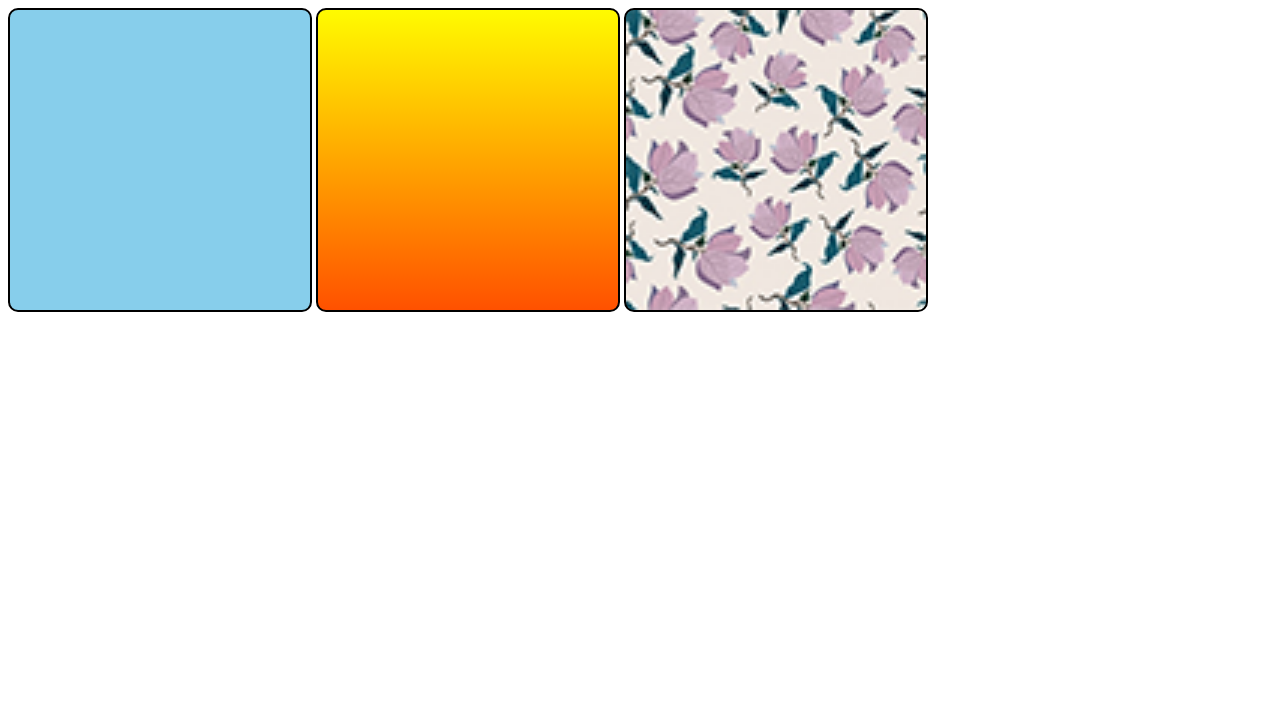
Repository: Iamjordana/html-css
Page: Html Css/Exercicios/ex22/fundo01.html
These files come from the project's save history. The page is drawn as it stood at one moment and after the next save; the edit follows.
The browser window is 1280 px wide. The pictures show the whole page.

Above is the page before, as saved 2025-04-11 13:39:03.

### Html Css/Exercicios/ex22/fundo01.html
<!DOCTYPE html>
<html lang="pt-br">
<head>
    <meta charset="UTF-8">
    <meta name="viewport" content="width=device-width, initial-scale=1.0">
    <title>Teste de Imagem de fundo</title>

    <style>
        body{
            background-image:
        }
        div.quadrado{
            border: 2px solid black;
            border-radius: 10px;
            width: 300px;
            height: 300px;
            background-color: lightgrey;
            display: inline-block;
        }

        div#q1{
            background-color: skyblue;
        }
        div#q2{
            background-image: linear-gradient(to bottom, #fffb00, #ff5100);
        }
        div#q3{
            background-image: url(./imagens/pattern003.png);
            background-size: cover;
        }
    </style>

</head>
<body>

    <div class="quadrado" id="q1">

    </div>

    <div class="quadrado" id="q2">

    </div>

    <div class="quadrado" id="q3">

    </div>


</body>
</html>

After the next save:
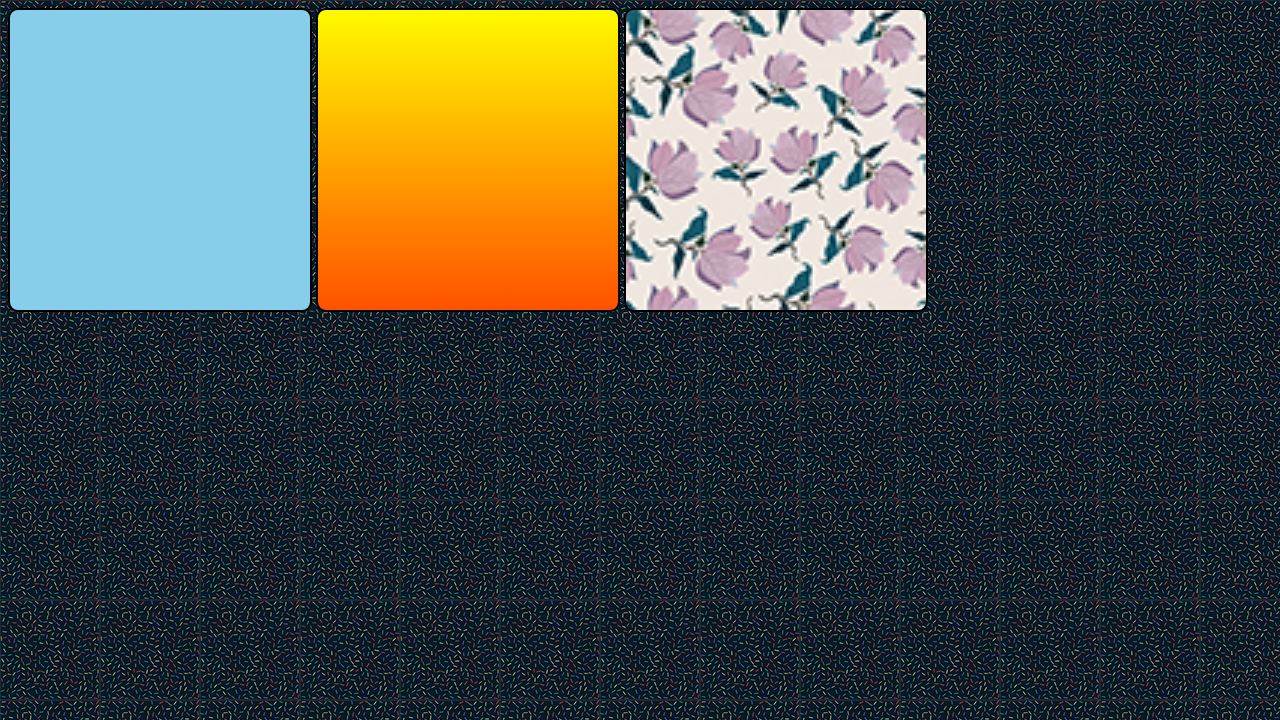
Saved 4 s later.
--- a/Html Css/Exercicios/ex22/fundo01.html
+++ b/Html Css/Exercicios/ex22/fundo01.html
@@ -7,7 +7,8 @@
 
     <style>
         body{
-            background-image:
+            background-image:url(./imagens/pattern001.png);
+
         }
         div.quadrado{
             border: 2px solid black;
